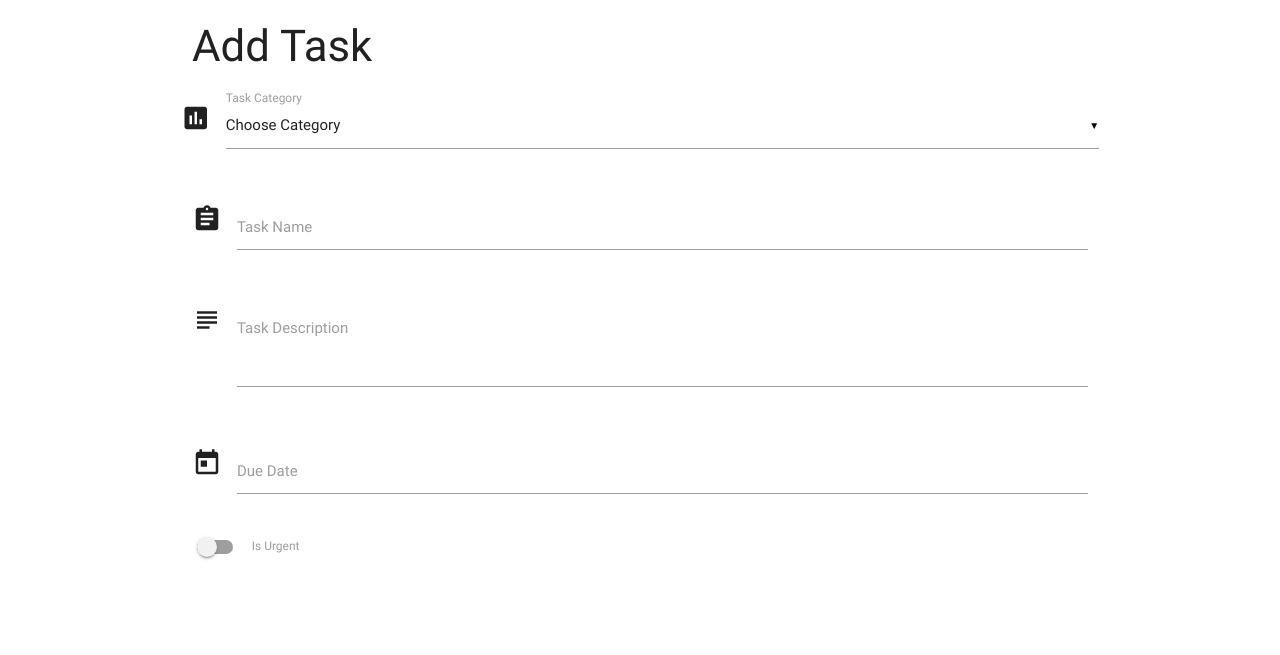
Repository: cesole/task_manager
Page: http://localhost/add_task
The author's editor kept a record of every edit. The page is drawn from the files as they stood at one moment, then again after the next edit.
The browser window is 1280 px wide. The pictures show the whole page.
Some web libraries are served in a nearby version. The page is served by the project's application, run on Flask 3 (app.py). Queries for data that is not in the repository find no rows.

Above is the page before.
Console error: TypeError: $(...).formSelect is not a function

### templates/addtask.html
{% extends 'base.html' %} {% block content %}
<h3>Add Task</h3>
<div class="row">
    <form action="" method="POST" class="col s12">
        <div class="row">
            <div class="row">
                <div class="input-field col s12">
                    <i class="material-icons prefix">poll</i>
                    <select id="category" name="category_name">
                        <option value="" disabled selected>Choose Category</option>
                        {% for cat in categories %}
                        <option value="{{cat.category_name}}">{{cat.category_name}}</option>
                        {% endfor %}
                    </select>
                    <label>Task Category</label>
                </div>
            </div>
            <div class="input-field col s12">
                <i class="material-icons prefix">assignment</i>
                <input id="task_name" name="task_name" type="text">
                <label for="icon_prefix">Task Name</label>
            </div>
        </div>
        <div class="row">
            <div class="input-field col s12">
                <i class="material-icons prefix">subject</i>
                <textarea name="task_description" id="task_description" class="materialize-textarea"></textarea>
                <label for="icon_telephone">Task Description</label>
            </div>
        </div>
        <div class="row">
            <div id="matfix" class="input-field col s12">
                <i class="material-icons prefix">today</i>
                <input id="due_date" name="due_date" type="text" class="datepicker">
                <label for="icon_prefix">Due Date</label>
            </div>
        </div>
        <div class="row">
            <div class="switch">
                <label>
                  <input id="is_urgent" name="is_urgent" type="checkbox">
                  <span class="lever"></span>
                  Is Urgent
                </label>
            </div>
        </div>
    </form>
</div>

{% endblock %}

### templates/base.html
<!DOCTYPE html>
<html>

<head>
    <link href="https://fonts.googleapis.com/icon?family=Material+Icons" rel="stylesheet">
    <link rel="stylesheet" href="https://cdnjs.cloudflare.com/ajax/libs/materialize/0.100.2/css/materialize.min.css">
    <link rel="stylesheet" href="{{url_for('static', filename='css/style.css')}}" type="text/css" />
</head>

<body>
    <div class="container">
    {% block content %} {% endblock %}
    </div>

    <script src="https://cdnjs.cloudflare.com/ajax/libs/jquery/3.2.1/jquery.min.js"></script>
    <script src="https://cdnjs.cloudflare.com/ajax/libs/materialize/0.100.2/js/materialize.min.js"></script>
    <script type="text/javascript">
        $(document).ready(function() {
            $('.collapsible').collapsible();
            $('select').material_select();
            $('select').formSelect();
        });

        $('.datepicker').pickadate({
            selectMonths: true, // Creates a dropdown to control month
            selectYears: 15, // Creates a dropdown of 15 years to control year,
            today: 'Today',
            clear: 'Clear',
            close: 'Ok',
            closeOnSelect: false // Close upon selecting a date,
        });

        document.getElementById("matfix").addEventListener("click", function(e) {
	e.stopPropagation();
});
    </script>
</body>

</html>

### app.py
import os
from flask import Flask, render_template, redirect, request, url_for
from flask_pymongo import PyMongo
from bson.objectid import ObjectId

app = Flask(__name__)
app.config["MONGO_DBNAME"] = 'task_manager'
app.config["MONGO_URI"] = os.getenv('MONGO_URI', 'mongodb://localhost')

mongo = PyMongo(app)


@app.route('/')
@app.route('/get_tasks')
def get_tasks():
    _tasks = mongo.db.tasks.find()
    task_list = [task for task in _tasks]
    return render_template("tasks.html", tasks=mongo.db.tasks.find())


@app.route('/add_task')
def add_task():
    _categories = mongo.db.categories.find()
    category_list = [category for category in _categories]
    return render_template('addtask.html', categories=mongo.db.categories.find())


@app.route('/insert_task', methods=['POST'])
def insert_task():
    tasks = mongo.db.tasks
    tasks.insert_one(request.form.to_dict())
    return redirect(url_for('get_tasks'))

@app.route('/edit_task/<task_id>')
def edit_task(task_id):
    the_task =  mongo.db.tasks.find_one({"_id": ObjectId(task_id)})
    all_categories =  mongo.db.categories.find()
    return render_template('edittask.html', task=the_task,
                           categories=all_categories)

if __name__ == '__main__':
    app.run(host=os.environ.get('IP'),
            port=int(os.environ.get('PORT')),
            debug=True)

Loaded but not shown: static/css/style.css (common file)

After the next edit:
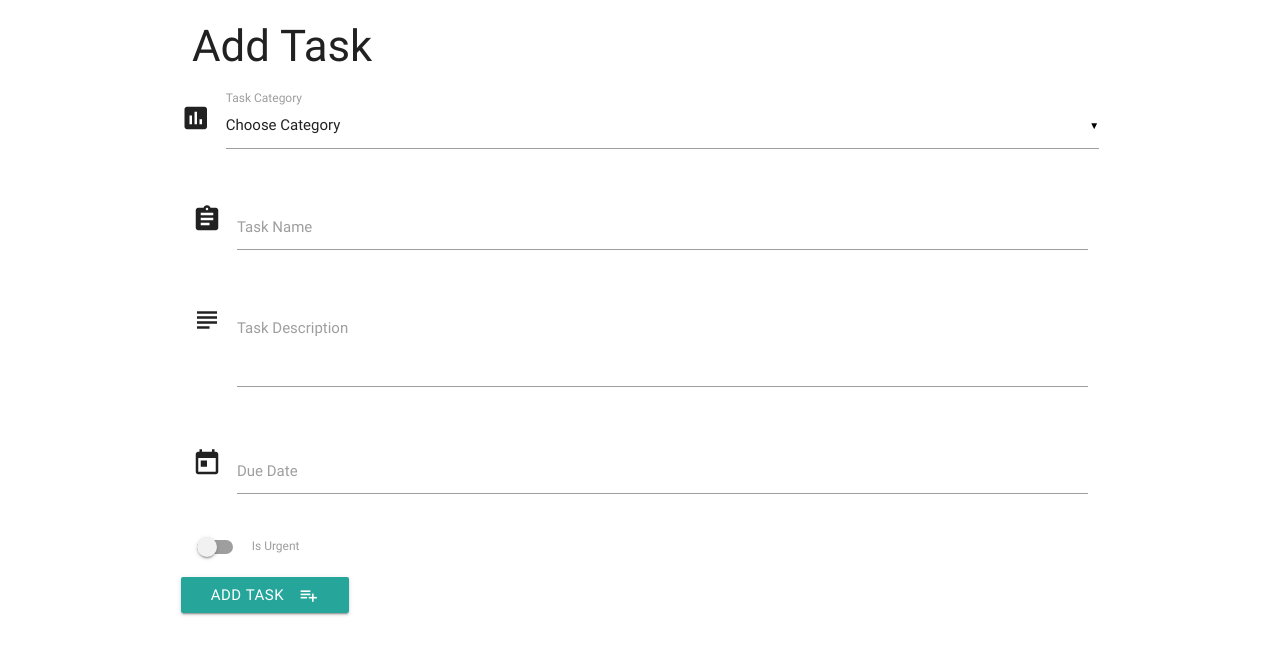
The edit:
--- a/templates/addtask.html
+++ b/templates/addtask.html
@@ -35,7 +35,7 @@
                 <label for="icon_prefix">Due Date</label>
             </div>
         </div>
-        <div class="row">
+         <div class="row">
             <div class="switch">
                 <label>
                   <input id="is_urgent" name="is_urgent" type="checkbox">
@@ -44,6 +44,11 @@
                 </label>
             </div>
         </div>
+        <div class="row">
+            <button class="btn waves-effect waves-light" type="submit" name="action">Add Task
+                <i class="material-icons right">playlist_add</i>
+             </button>
+        </div>
     </form>
 </div>
 
